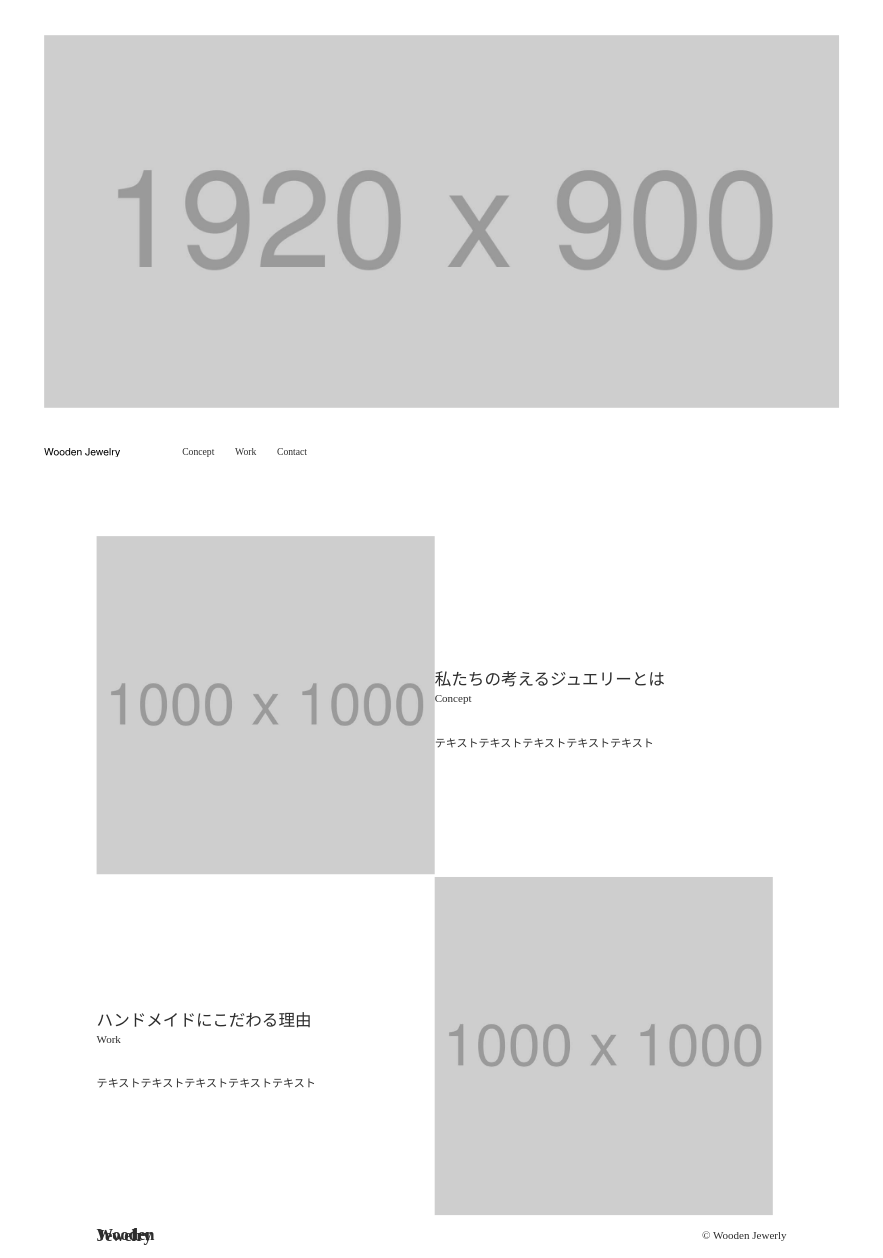
Repository: Fuki-san/jewelry
Page: http://localhost/jewelry
An editor plug-in stored every save of this project. The page is shown before and after a run of saves, followed by the edit.
The browser window is 1280 px wide. The pictures show the whole page, at 69% of full size.
The page is served by the project's Laravel application, run on PHP 8.4 with Laravel 10.

Above is the page before, as saved 2023-11-26 14:59:51.

After the next 2 saves:
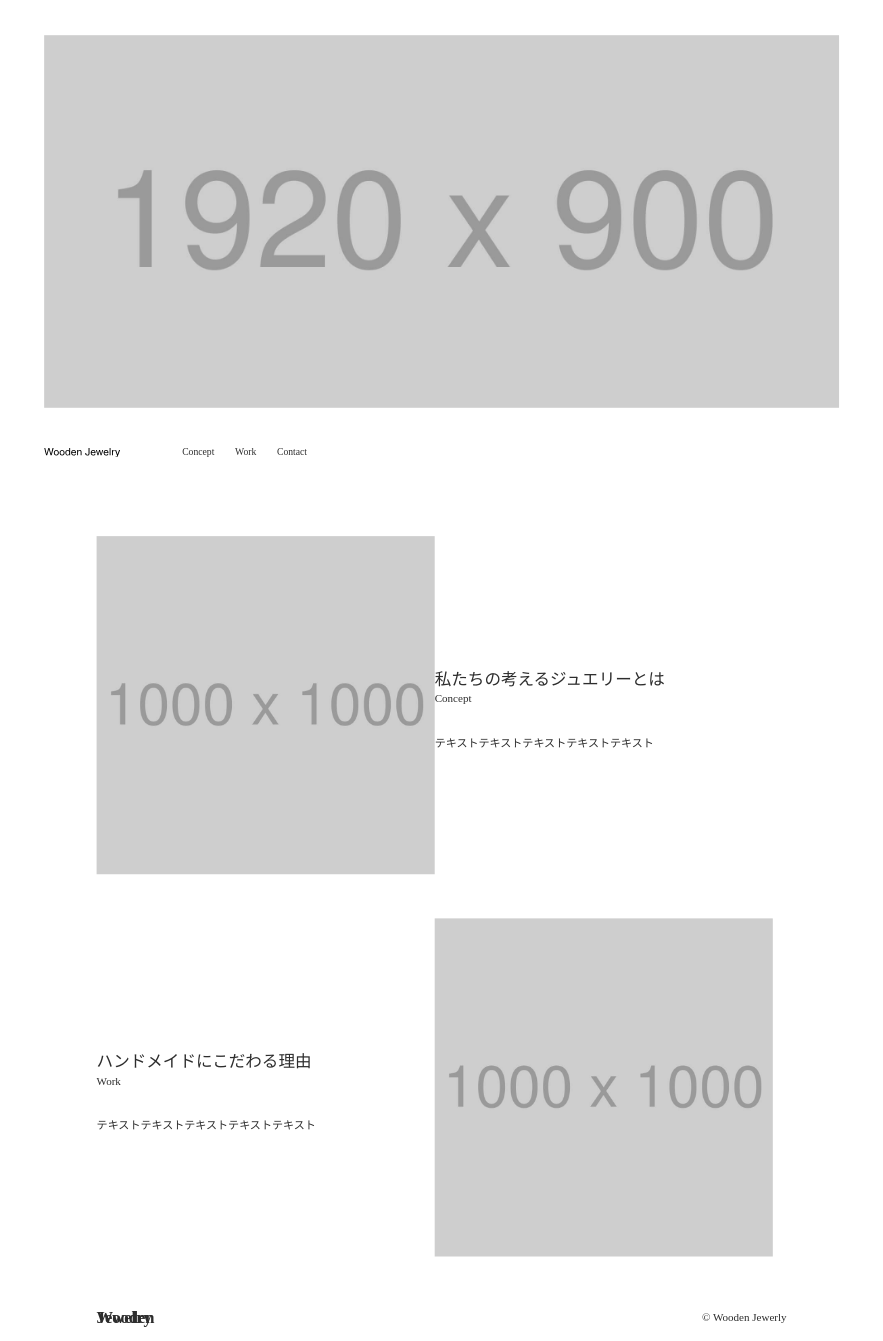
The 2 saves are shown as one change because they came seconds apart.
The last was saved 8 s later.
--- a/public/css/style.css
+++ b/public/css/style.css
@@ -79,7 +79,7 @@ img{
 .content{
     display: flex;
     align-items: center;
-
+    margin-bottom: 60px;
 }
 .img{
     width: 49%;
